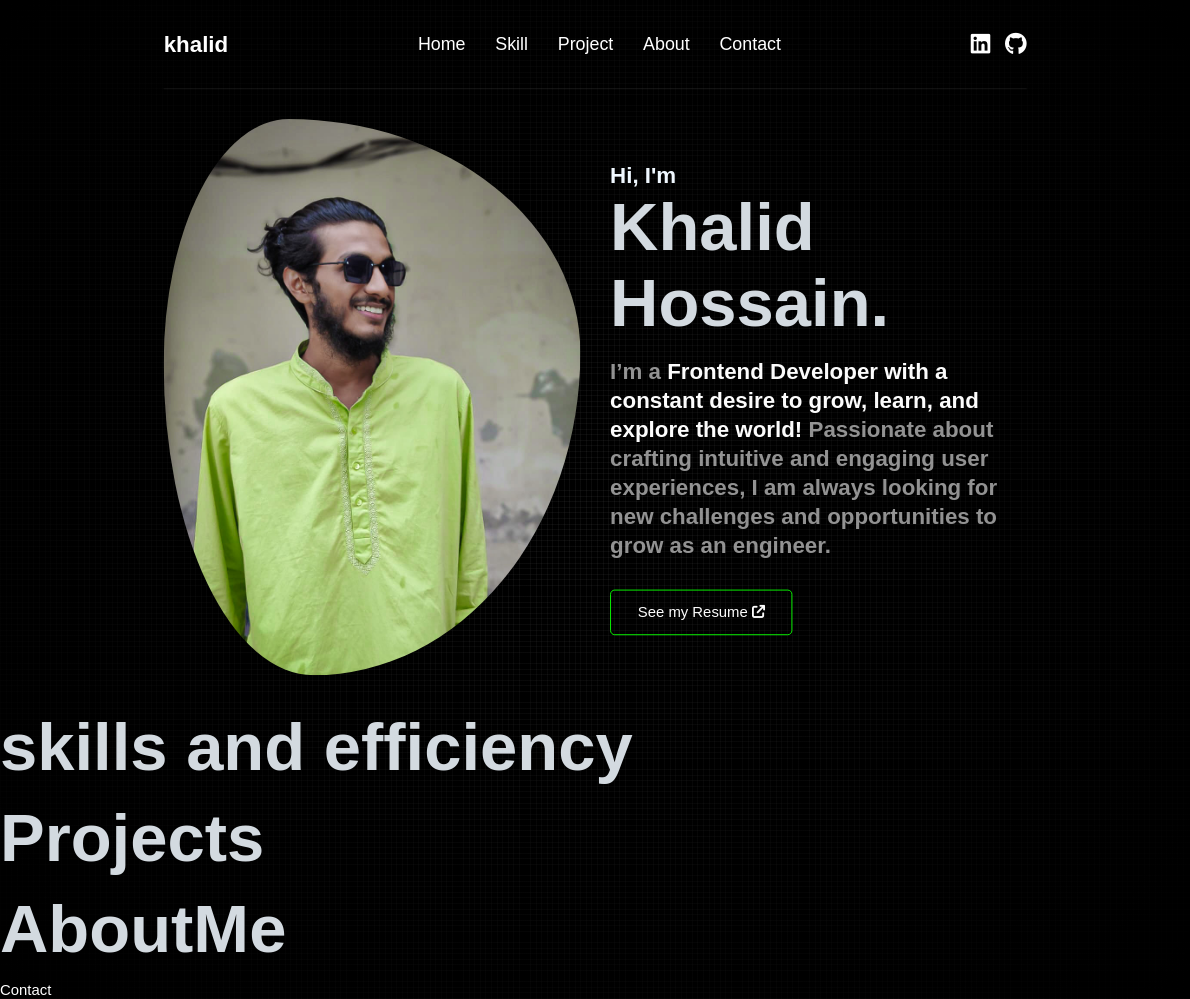
Repository: badhon252/my-portfolio
Page: /
An editor plug-in stored every save of this project. The page is shown before and after a run of saves, followed by the edit.
The browser window is 1280 px wide. The pictures show the whole page, at 93% of full size.
The project was rebuilt for these pictures with package versions that can differ from the ones it lists, and the page was loaded fresh each time. Also part of the build but not shown: src/Components/Home/Header/Navbar/Navs/LinkedIn/LinkedIn.module.css, src/Components/Home/Header/Navbar/Navs/GitHub/Github.module.css.

Above is the page before, as saved 2023-01-16 14:00:12.

### public/index.html
<!DOCTYPE html>
<html lang="en">

<head>
    <meta charset="utf-8" />
    <link rel="icon" href="%PUBLIC_URL%/favicon.ico" />
    <meta name="viewport" content="width=device-width, initial-scale=1" />
    <meta name="theme-color" content="#000000" />
    <meta name="description" content="Web site created using create-react-app, Portfolio" />
    <link rel="apple-touch-icon" href="%PUBLIC_URL%/logo192.png" />
    <link rel="stylesheet" href="https://cdnjs.cloudflare.com/ajax/libs/font-awesome/6.2.1/css/all.min.css">
    <link rel="manifest" href="%PUBLIC_URL%/manifest.json" />

    <title>Portfolio Website</title>
</head>

<body>
    <div id="root"></div>

    <script src="https://platform.linkedin.com/badges/js/profile.js" async defer type="text/javascript"></script>

</body>

</html>

### src/index.css
body {
    margin: 0;
    font-family: -apple-system, BlinkMacSystemFont, 'Segoe UI', 'Roboto', 'Oxygen', 'Ubuntu', 'Cantarell', 'Fira Sans', 'Droid Sans', 'Helvetica Neue', sans-serif;
    -webkit-font-smoothing: antialiased;
    -moz-osx-font-smoothing: grayscale;
    background-color: #000000;
    background-image: radial-gradient(circle at center center, transparent 0%, rgb(0, 0, 0) 99%), repeating-linear-gradient(0deg, rgba(163, 163, 163, 0.07) 0px, rgba(163, 163, 163, 0.07) 1px, transparent 1px, transparent 6px), repeating-linear-gradient(90deg, rgba(163, 163, 163, 0.07) 0px, rgba(163, 163, 163, 0.07) 1px, transparent 1px, transparent 6px), linear-gradient(90deg, rgb(0, 0, 0), rgb(0, 0, 0));
    color: #ffffff;
}

* {
    margin: 0;
    padding: 0;
    box-sizing: border-box;
    font-family: 'Poppins', sans-serif;
}

### src/App.js
import Home from './Components/Home/Home';

function App() {
  return (
    <div className="App">
      <Home/>
    </div>
  );
}

export default App;

### src/Components/Home/Home.jsx
import AboutMe from "./AboutMe/AboutMe";
import Footer from "./Footer/Footer";
import Header from "./Header/Header";
import Projects from "./Project/Projects";
import Skill from "./Skill/Skill";


export default function Home() {
  return (
    <div>
        <Header />
        <Skill/>
        <Projects/>
        <AboutMe/>
        <Footer/>

    </div>
  )
}

### src/Components/Home/AboutMe/AboutMe.jsx
import React from 'react';

const AboutMe = () => {
    return (
        <div>
            <h1>AboutMe</h1>
        </div>
    );
}

export default AboutMe;

### src/Components/Home/Footer/Footer.jsx
import React from 'react'
import Contact from './Contact/Contact'

export default function Footer() {
  return (
    <div>
        <Contact/>
    </div>
  )
}

### src/Components/Home/Header/Header.jsx
import React from 'react'
import HeaderContent from './HeaderContent/HeaderContent'
import Navbar from './Navbar/Navbar'
import Classes from './Header.module.css'

export default function Header() {
  return (
    <div className={Classes.header}>
      <Navbar/>
      <HeaderContent/>
    </div>
  )
}

### src/Components/Home/Project/Projects.jsx
import React from 'react';

const Projects = () => {
    return (
        <div>
            <h1>Projects</h1>
        </div>
    );
}

export default Projects;

### src/Components/Home/Skill/Skill.jsx
import React from 'react';

const SkillEfficiency = () => {
    return (
        <div>
        <h1>skills and efficiency</h1>
        </div>
    );
}

export default SkillEfficiency;

### src/Components/Home/Header/HeaderContent/HeaderContent.jsx
import Badhon from "../../../../Assests/Images/badhon.jpg";
import HeroSection from './HeroSection'
import Classes from "./Header.module.css";

export default function HeaderContent() {
  return (
    <div>
      <div className={Classes.heroSection}>
          <div className={Classes.row}>
            <HeroSection col={Classes.col}/>
            <div className={Classes.col}>
              <img src={Badhon} alt="Badhon" className={Classes.heroImage} />
            </div>

        </div>
      </div>
    </div>
  )
}

### src/Components/Home/Header/Navbar/Navbar.jsx
import "./Navs/Navs.css"
import "./Navbar.css"
import NavbarBrand from './NavbarBrand/NavbarBrand'
import Nav from './Navs/Nav/Nav'
import LinkedIn from './Navs/LinkedIn/LinkedIn'
import GitHub from './Navs/GitHub/Github'

export default function Navbar() {
  return (
    <div className='navBar borderBottom'>
            <NavbarBrand/>
            <Nav/>
         <div className='navBar'>
            <LinkedIn/>
            <GitHub/>
         </div>
    </div>
  )
}

### src/Components/Home/Header/Header.module.css
.header {
    min-height: 100vh;
    margin: 0 10rem;
    color: aliceblue;
    padding: 0 1rem;
}

### src/Components/Home/Header/HeaderContent/HeroSection.jsx
import Classes from "./Header.module.css";


export default function HeroSection({col}) {
  return (
    <div className={col}>
          <h2 className={Classes.h1}>Hi, I'm</h2>
          <h1 className={Classes.h1}>Khalid Hossain.</h1>
          <p>
            I’m a <span>Frontend Developer with a constant desire to grow, learn, and explore the world!</span> Passionate about crafting intuitive and engaging user experiences,
            I am always looking for new challenges and opportunities to grow as an engineer.
          </p>

             <a className={Classes.resume} href="https://drive.google.com/file/d/1dNWfd7X8CYs_9THDZo58HHKVKzD8WfeY/view?usp=share_link" target="_blank" rel="noreferrer">
               See my Resume <i class="fa-solid fa-arrow-up-right-from-square"></i>
              </a>

    </div>
  );
}

### src/Components/Home/Header/HeaderContent/Header.module.css
.row {
    display: flex;
    flex-direction: row-reverse;
    justify-content: space-between;
    align-items: center;
    flex-wrap: wrap;
    margin: 2rem 0;
    gap: 2rem;
}

.col {
    flex-basis: 45%;
    flex: 1;
}

.heroImage {
    min-width: 300px;
    max-width: 600px;
    width: 100%;
    height: auto;
    box-sizing: border-box;
    overflow: hidden;
    transition: .5s;
    border-radius: 30% 70% 64% 36% / 44% 42% 58% 56%;
}

.heroImage:hover {
    border-radius: 20%;
}

h1 {
    font-size: 4.5em;
    font-weight: 700;
    margin-bottom: 1rem;
    color: rgba(240, 248, 255, 0.877);
}

p {
    font-size: 1.5em;
    font-weight: 600;
    margin-bottom: 1rem;
    color: rgba(255, 255, 255, 0.568);
    line-height: 1.3;
}

p span {
    color: #fcfcfc;
}

.resume {
    padding: .9rem 1.8rem;
    border: 1px solid #09ff01;
    font-size: 1rem;
    font-weight: 500;
    margin-top: 1rem;
    outline: none;
    border-radius: 5px;
    background: none;
    color: #fcfcfc;
    transition: .5s;
    cursor: pointer;
    text-decoration: none;
    display: inline-block;
}

.resume:hover {
    color: rgb(7, 7, 7);
    background-color: rgb(0, 255, 21);
}

.resume:active {
    transform: scale(0.95);
}

### src/Components/Home/Header/Navbar/Navs/Navs.css
.flexRow {
    display: flex;
    justify-content: space-between;
    align-items: center;
    flex-wrap: wrap;
    gap: 2rem;
}

.me_1 {
    margin-right: 1rem;
}

### src/Components/Home/Header/Navbar/Navbar.css
.boxShadow {
    -webkit-box-shadow: 0px 22px 40px -37px rgba(255, 255, 255, 1);
    -moz-box-shadow: 0px 22px 40px -37px rgba(255, 255, 255, 1);
    box-shadow: 0px 22px 40px -37px rgba(255, 255, 255, 1);
}

.borderBottom {
    border-bottom: 1px solid #f6f6f612;
}

### src/Components/Home/Header/Navbar/NavbarBrand/NavbarBrand.jsx
import Classes from "./NavbarBrand.module.css"
export default function NavbarBrand() {
  return (
    <div className={Classes.navbarBrand}>khalid</div>
  )
}

### src/Components/Home/Header/Navbar/Navs/Nav/Nav.jsx
import "./../Navs.css"
import "./Nav.css"
export default function Nav() {
  return (
    <div>
        <nav className="navBar" >
            <div className="container-fluid">

                {/* <button className="navbar-toggler" type="button" data-bs-toggle="collapse" data-bs-target="#navbarSupportedContent" aria-controls="navbarSupportedContent" aria-expanded="false" aria-label="Toggle navigation">
                <span className="navbar-toggler-icon"></span>
                </button> */}
                <div className="collapse navbar-collapse" id="navbarSupportedContent">
                <ul className="flexRow navbar-nav me-auto mb-2 mb-lg-0">
                    <li className="nav-item">
                    <a className="nav-link" href="#home">Home</a>
                    </li>
                    <li className="nav-item">
                    <a className="nav-link" href="#skill">Skill</a>
                    </li>
                    <li className="nav-item">
                    <a className="nav-link" href="#project">Project</a>
                    </li>
                    <li className="nav-item">
                    <a className="nav-link" href="#aboutMe">About</a>
                    </li>
                     <li className="nav-item">
                    <a className="nav-link" href="#contact">Contact</a>
                    </li>

                </ul>

                </div>
            </div>
        </nav>
    </div>
  )
}

### src/Components/Home/Header/Navbar/Navs/LinkedIn/LinkedIn.jsx
import "./LinkedIn.module.css"

export default function LinkedIn() {
  return (
    <div className='me_1' >
      <a href="https://www.linkedin.com/in/khalidhossainbadhon/" target="_blank" rel="noreferrer">
     <i class="fa-brands fa-linkedin"></i>
      </a>
    </div>
  )
}

### src/Components/Home/Header/Navbar/Navs/GitHub/Github.jsx
import Classes from "./Github.module.css"

export default function GitHub() {
  return (
    <div className={Classes.faBrands}>
      <a href="https://github.com/badhon252"><i class="fa-brands fa-github"></i></a>
    </div>
  )
}

### src/Components/Home/Header/Navbar/NavbarBrand/NavbarBrand.module.css
.navbarBrand {
    font-size: 1.5rem;
    font-weight: 700;
    color: rgb(255, 255, 255);
}

### src/Components/Home/Header/Navbar/Navs/Nav/Nav.css
.navBar {
    display: flex;
    justify-content: space-between;
    align-items: center;
    padding: 1.1rem 0;
    flex-wrap: wrap;
}

.navbar-nav {
    list-style-type: none;
    display: flex;
    justify-content: space-between;
}

.navbar-nav li a {
    text-decoration: none;
    color: rgb(255, 255, 255);
    font-size: 1.2rem;
    font-weight: 500;
    transition: all 0.3s ease-in-out;
}

.navbar-nav li a:hover {
    color: #49ff12;
}

.navbar-nav li a.active {
    color: #bb0707;
}

.navbar-nav li a.active:hover {
    color: #f1f1f1;
}

.navbar-nav li a.active::after {
    content: "";
    display: block;
    width: 100%;
    height: 2px;
    background: #f1f1f1;
    margin-top: 5px;
}

.navbar-nav li a.active:hover::after {
    background: #f1f1f1;
}

.fa-brands,
.fab {
    font-weight: 400;
    font-size: 1.5rem;
    color: #fff;
}

Loaded but not shown: src/index.js (common file); src/reportWebVitals.js (common file); src/Components/Home/Footer/Contact/Contact.jsx (common file)

After the next 3 saves:
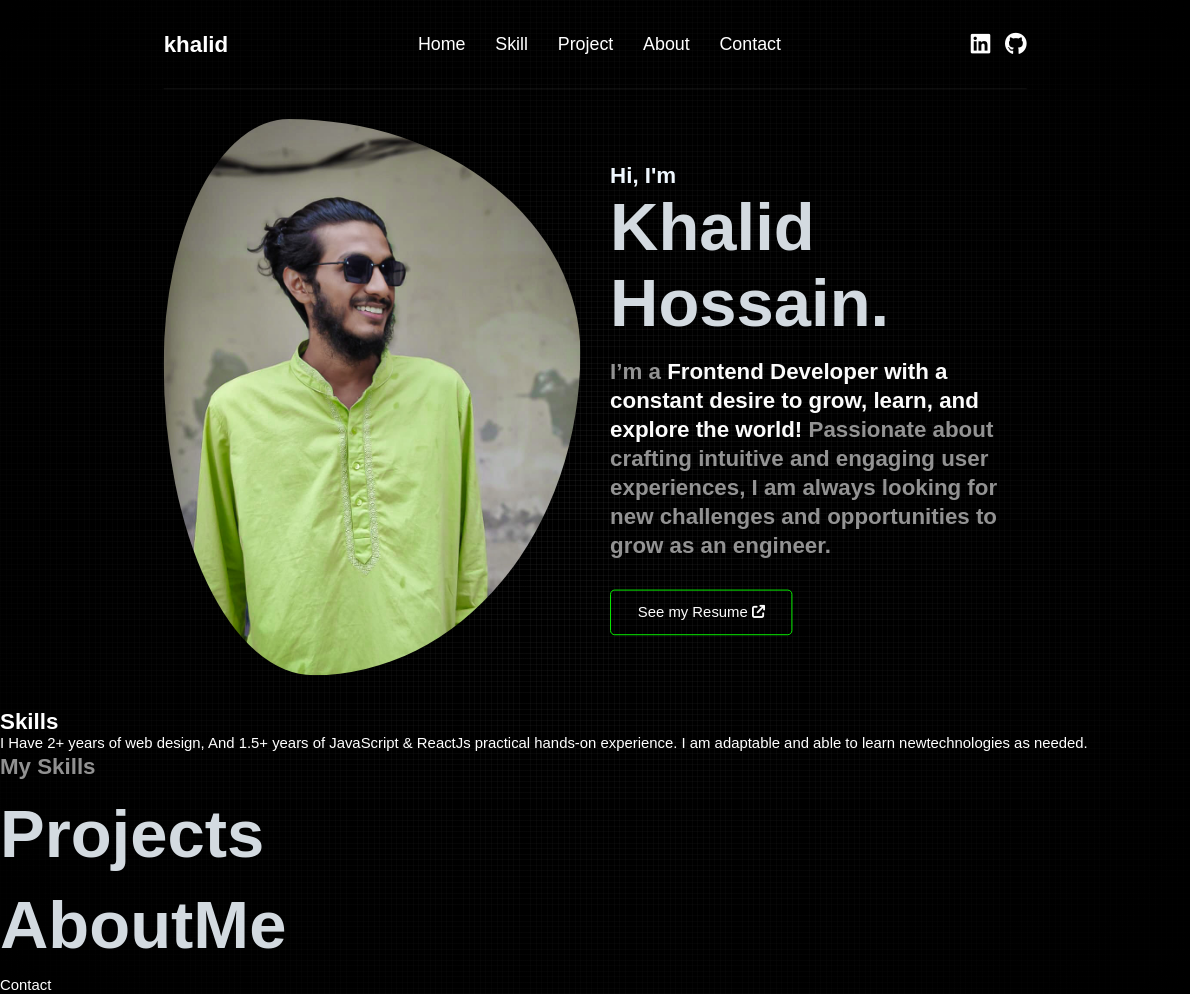
The 3 saves are shown as one change because 2 did not build or start.
The last was saved 7 min 52 s later.
--- a/src/Components/Home/Skill/Skill.jsx
+++ b/src/Components/Home/Skill/Skill.jsx
@@ -3,7 +3,19 @@ import React from 'react';
 const SkillEfficiency = () => {
     return (
         <div>
-        <h1>skills and efficiency</h1>
+       <div id="skill" className="skillSet">
+            <div className="skillSet__title">
+                <h2>Skills</h2>
+
+                <div className="skillSet__title__line">
+                     I Have 2+ years of web design, And 1.5+ years of JavaScript & ReactJs practical hands-on experience.
+                    I am adaptable and able to learn newtechnologies as needed.</div>
+                <div className="skillSet__title__text">
+                    <p>My Skills</p>
+                    </div>
+                    </div>
+
+       </div>
         </div>
     );
 }
